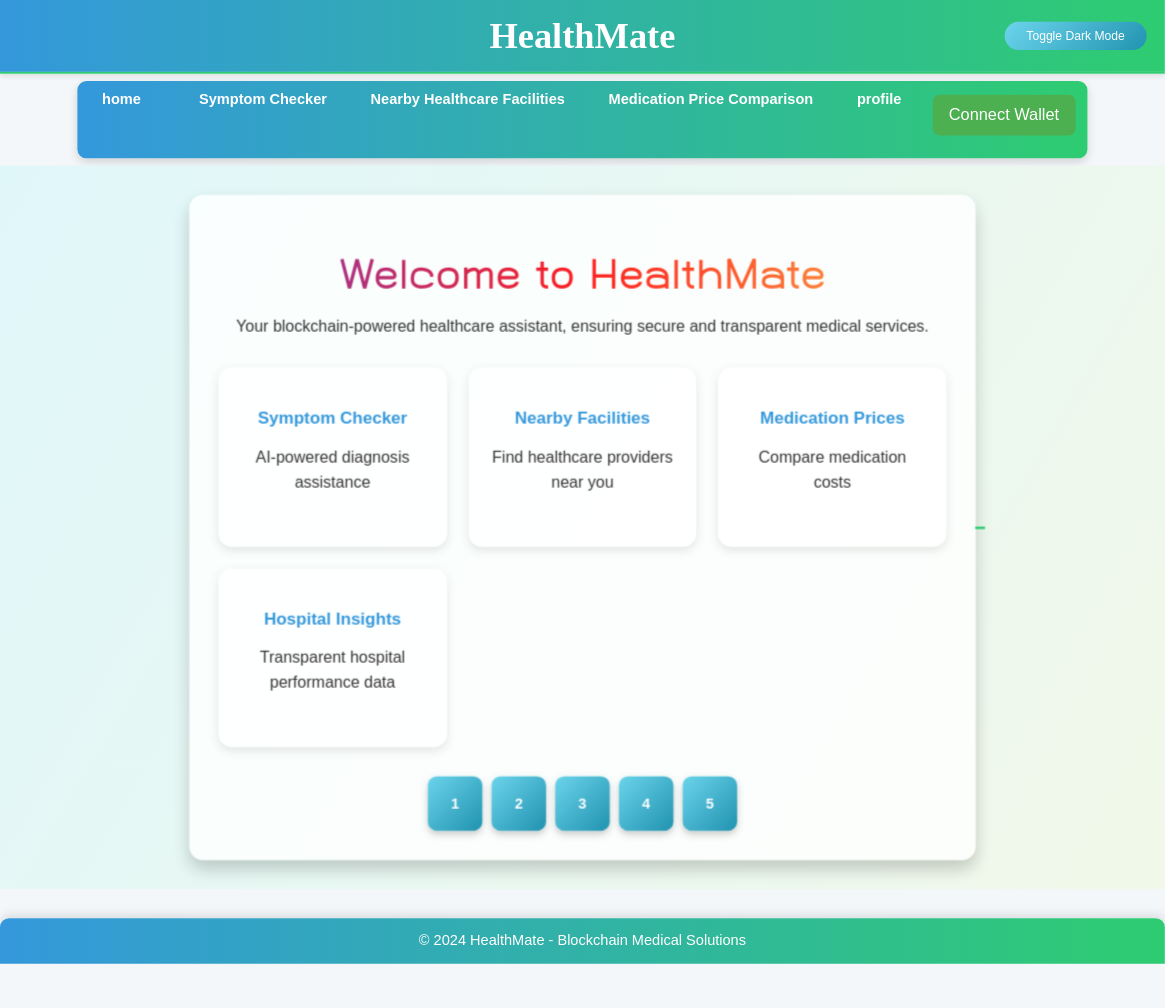
Repository: tmanas06/EP-PROJECT
Page: http://localhost/Medicine_Management_Application/WEB-INF/index.jsp
These files come from the project's save history. The page is drawn as it stood at one moment and after the next save; the edit follows.
The browser window is 1280 px wide. The pictures show the whole page, at 91% of full size.
Some icons come from a web library that is not loaded, so they are not drawn. Some web fonts or font styles are not loaded; a fallback is used. The page is served by Tomcat 9. Nobody is signed in. The template is opened directly, without the code that normally fills it, so the values that code supplies are empty.

Above is the page before, as saved 2024-12-05 18:03:36.

After the next save:
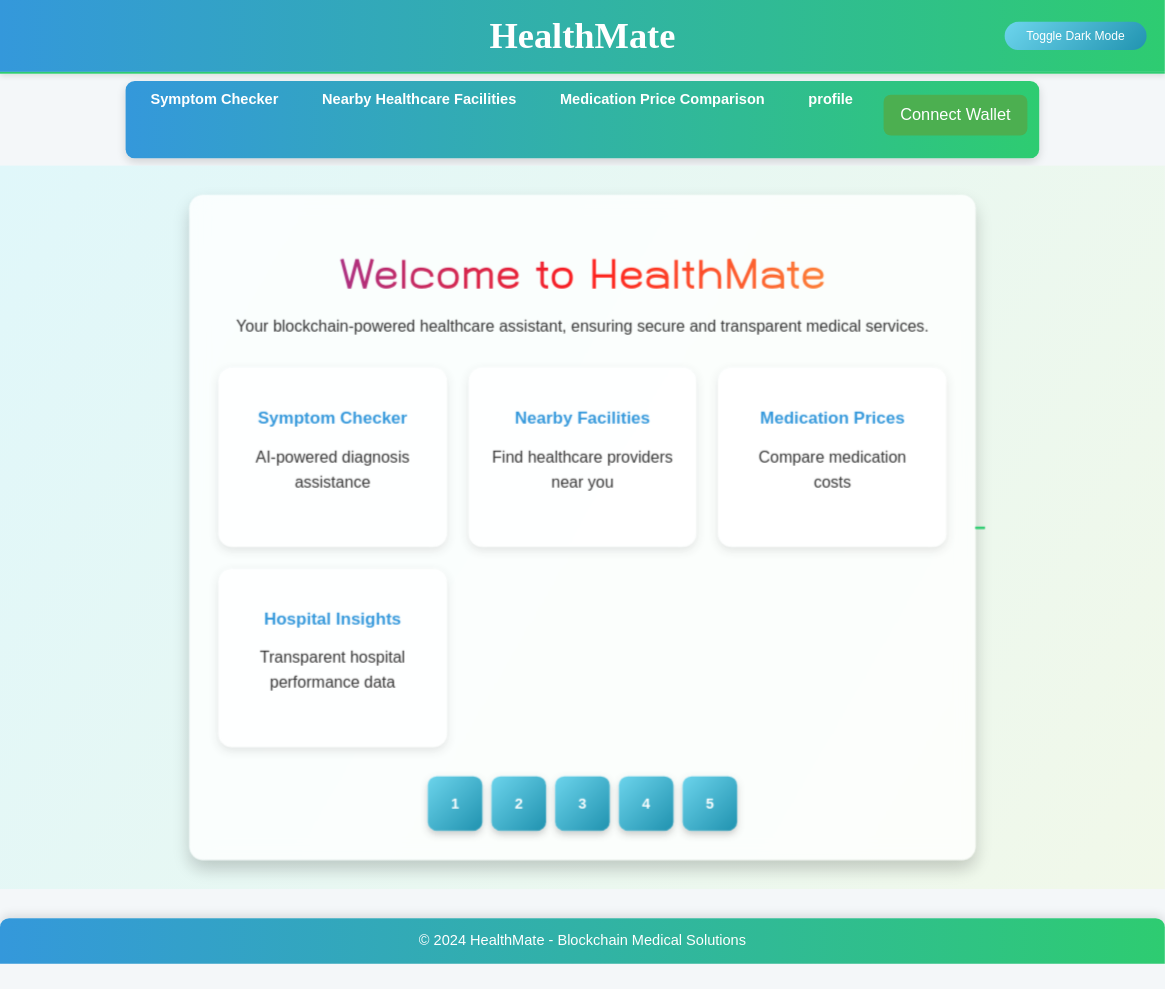
Saved 80 s later.
--- a/Medicine_Management_Application/src/main/webapp/WEB-INF/index.jsp
+++ b/Medicine_Management_Application/src/main/webapp/WEB-INF/index.jsp
@@ -348,7 +348,6 @@
 
     <nav>
         <ul>
-            <li><a href="">home</a><li>
             <li><a href="symptomChecker">Symptom Checker</a></li>
             <li><a href="nearbyFacilities">Nearby Healthcare Facilities</a></li>
             <li><a href="medicationPrices">Medication Price Comparison</a></li>
